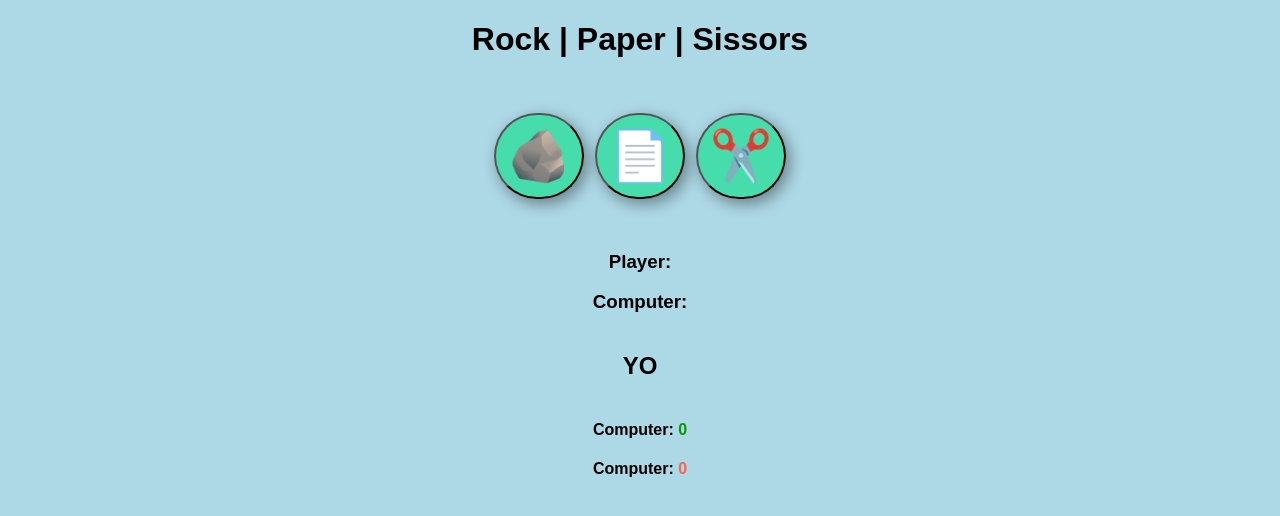
Repository: SakthivelDurai47/Rock-Paper-Sissors
Page: index.html
These files come from the project's save history. The page is drawn as it stood at one moment and after the next save; the edit follows.
The browser window is 1280 px wide. The pictures show the whole page.

Above is the page before, as saved 2025-04-14 22:23:48.

After the next save:
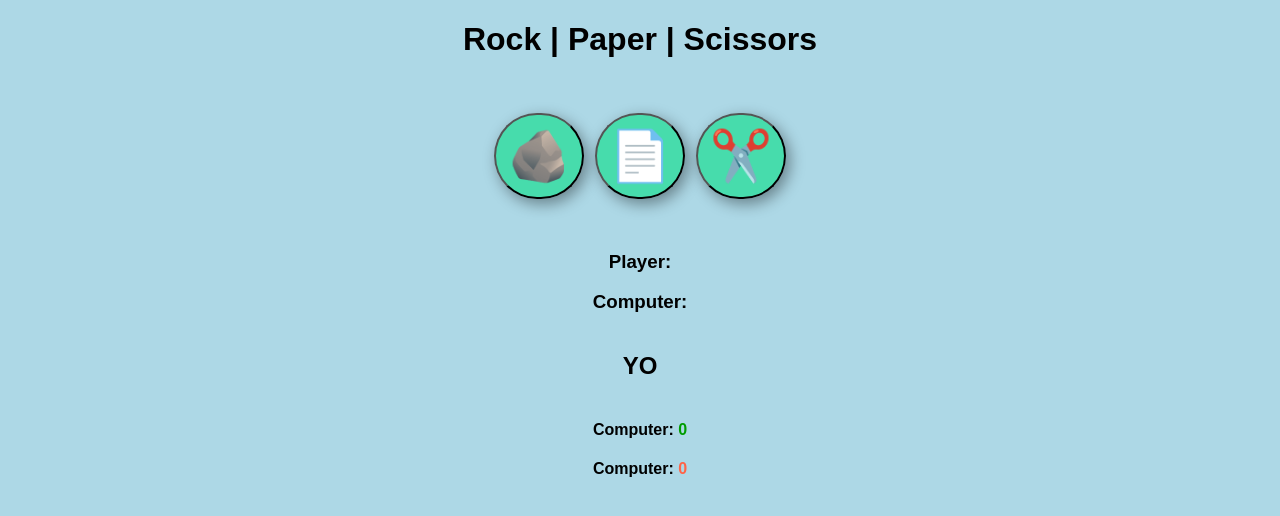
Saved 7 s later.
--- a/index.html
+++ b/index.html
@@ -8,7 +8,7 @@
     <link rel="stylesheet" href="styles.css" />
   </head>
   <body>
-    <h1>Rock | Paper | Sissors</h1>
+    <h1>Rock | Paper | Scissors</h1>
     <div id="choice">
       <button onclick="playGame('Rock')">🪨</button>
       <button onclick="playGame('Paper')">📄</button>
